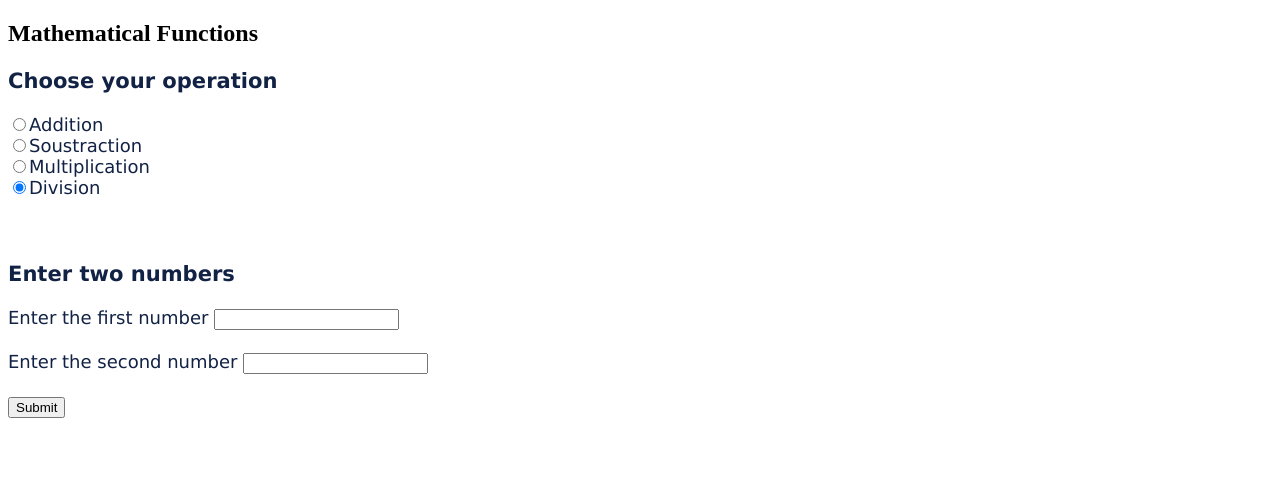
Repository: lemzoo/Formation_JEE
Page: TP_01__Calculateur_JSP/src/main/webapp/AcceptInput.html
These files come from the project's save history. The page is drawn as it stood at one moment and after the next save; the edit follows.
The browser window is 1280 px wide. The pictures show the whole page.

Above is the page before, as saved 2016-06-20 14:49:25.

After the next save:
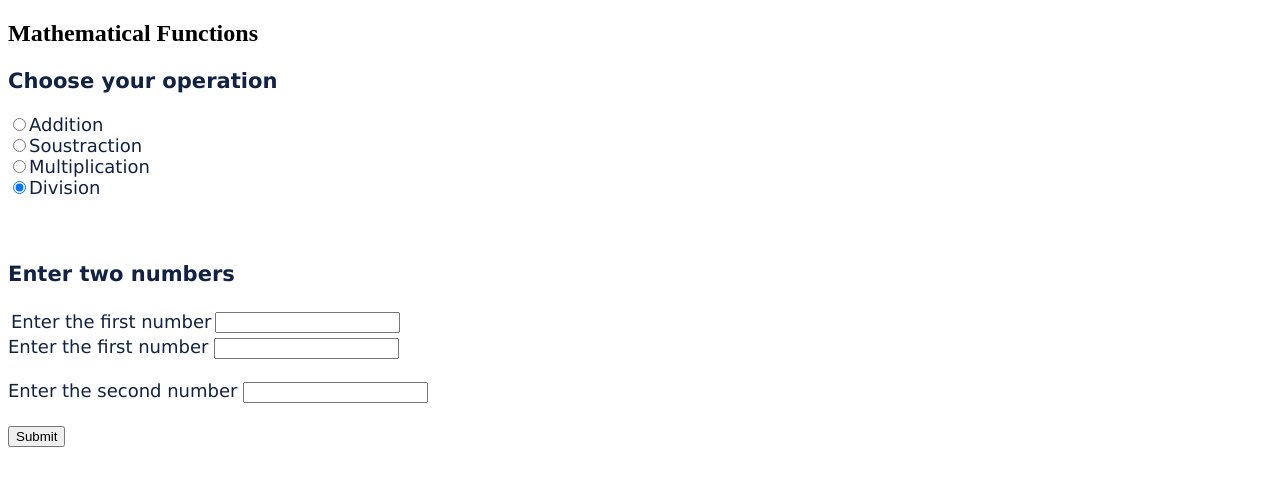
Saved 2 min 46 s later.
--- a/TP_01__Calculateur_JSP/src/main/webapp/AcceptInput.html
+++ b/TP_01__Calculateur_JSP/src/main/webapp/AcceptInput.html
@@ -14,6 +14,17 @@
 		<input type="radio" name="operation" value="div" checked="false">Division</br>
 		</br></br>
 		<h3>Enter two numbers</h3>
+		<table>
+			<tr>
+				<td>
+					<label>Enter the first number</label>
+				</td>
+				<td>
+					<input type="number" name="valeur1" value="">
+				</td>
+			</tr>
+
+		</table>
 		<label>Enter the first number
 			<input type="number" name="valeur1" value="">
 		</label><br><br>
